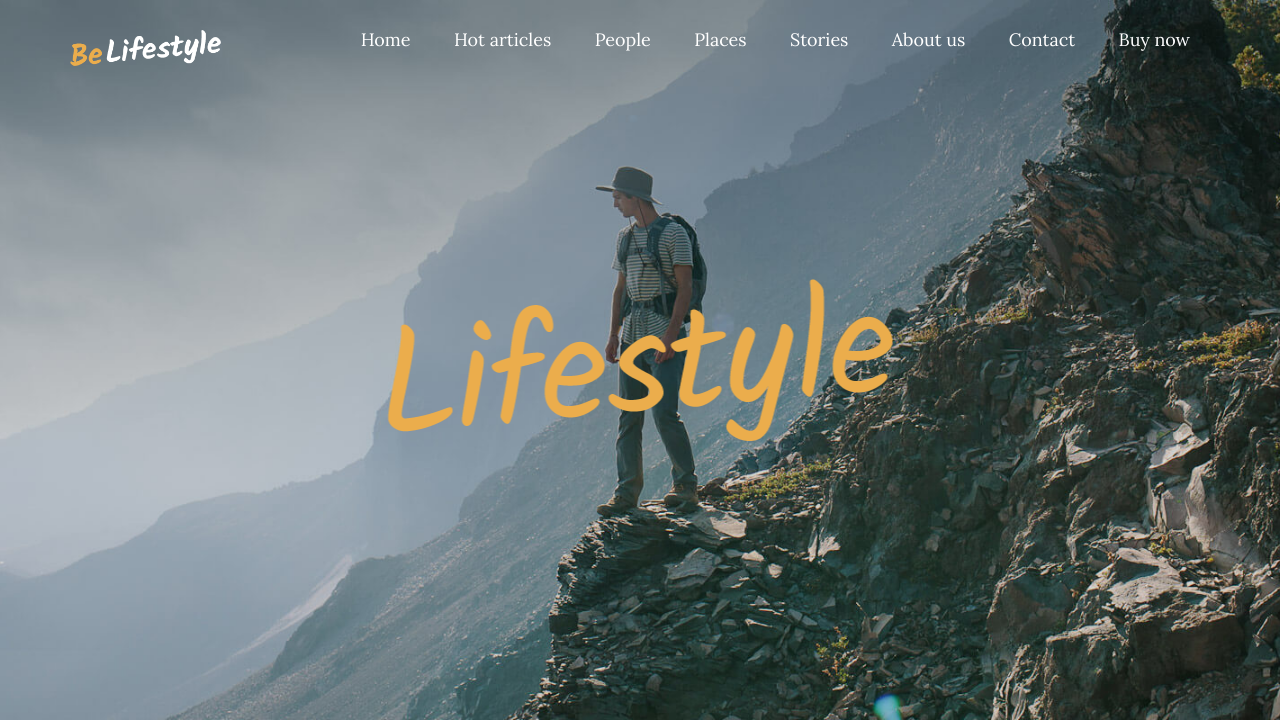
Repository: MalgorzataMazur/BeLife
Page: index.html
These files come from the project's save history. The page is drawn as it stood at one moment and after the next save; the edit follows.
The browser window is 1280 px wide. The pictures show the whole page.

Above is the page before, as saved 2019-10-31 18:13:22.

### index.html
<!DOCTYPE html>
<html lang="en-US">
<head>
    <link rel="stylesheet" href="vendors/css/normalize.css">
    <link rel="stylesheet" href="vendors/css/grid.css">
    <link rel="stylesheet" type="text/css" href="resources/css/style.css">
    <link href="https://fonts.googleapis.com/css?family=Lora:400,400i,700,700i&display=swap" rel="stylesheet">
    <title>BeLifestyle</title>
    <meta charset="UTF-8">
    <meta name="viewport" content="width=device-width, initial-scale=1.0">
    <meta http-equiv="X-UA-Compatible" content="ie=edge">
    <title>Document</title>
</head>
<body>
    <header>
        <nav>
            <div class="row">
                <img src="resources/img/retina-lifestyle.png" alt="BeLifestyle logo" class="logo">
                <ul class="main-nav">
                    <li><a href="/home">Home</a></li>
                    <li><a href="#">Hot articles</a></li>
                    <li><a href="#">People</a></li>
                    <li><a href="#">Places</a></li>
                    <li><a href="#">Stories</a></li>
                    <li><a href="#">About us</a></li>
                    <li><a href="#">Contact</a></li>
                    <li><a href="/buy">Buy now</a></li>

                </ul>

            </div>
        </nav>
        <div class="hero-logo-box">
            <h1><img src="resources/css/img/home_lifestyle_slogan.png"></h1>
        </div>

    </header>




</body>
</html>

### resources/css/style.css
/* ---------BASIC SETUP---------- */
* {
    margin: 0;
    padding: 0;
    box-sizing: border-box;
}

html {
    color: #9d9fa0;
    font-family: "Lora", Arial, Tahoma, sans-serif;
    font-weight: 400;
    font-size: 13px;

}

/* ---------REAUSABLE COMPONENTS---------- */
.row {
    max-width: 1140px;
    margin: 0 auto;
}

/* ---------HEADINGS---------- */
h1 {
    margin: 0;
    position: absolute;
    left: 50%;
    top: 50%;
    transform: translate(-50%,-50%);
    width: 505px;
    height: 162px;

}

/* ---------HEADER---------- */
header {
    background-image:  url(img/home_lifestyle_blog_sectionbg1.jpg);
    background-size: cover;
    background-position: center;
    height: 100vh;
}

.hero-logo-box {
    width: 1140px;
}

.logo {
    height: 36px;
    width: auto;
    margin-top: 30px;
    float: left;

}

.main-nav {
    float: right;
    list-style: none;
    margin-top: 30px;

}
.main-nav li {
    display: inline-block;
    font-size: 138%;
    padding: 0 20px;

}

.main-nav li a:link,
.main-nav li a:visited {
    color: #C6CAD0;
    text-decoration: none;
    color: #ffffff;
}

ul li a[href="/home"] {
    color: #ffffff;
    font-weight: 400;

}

ul li a[href="/buy"] {
    color: #f3c070;
}

Loaded but not shown: vendors/css/normalize.css (library); vendors/css/grid.css (library)

After the next save:
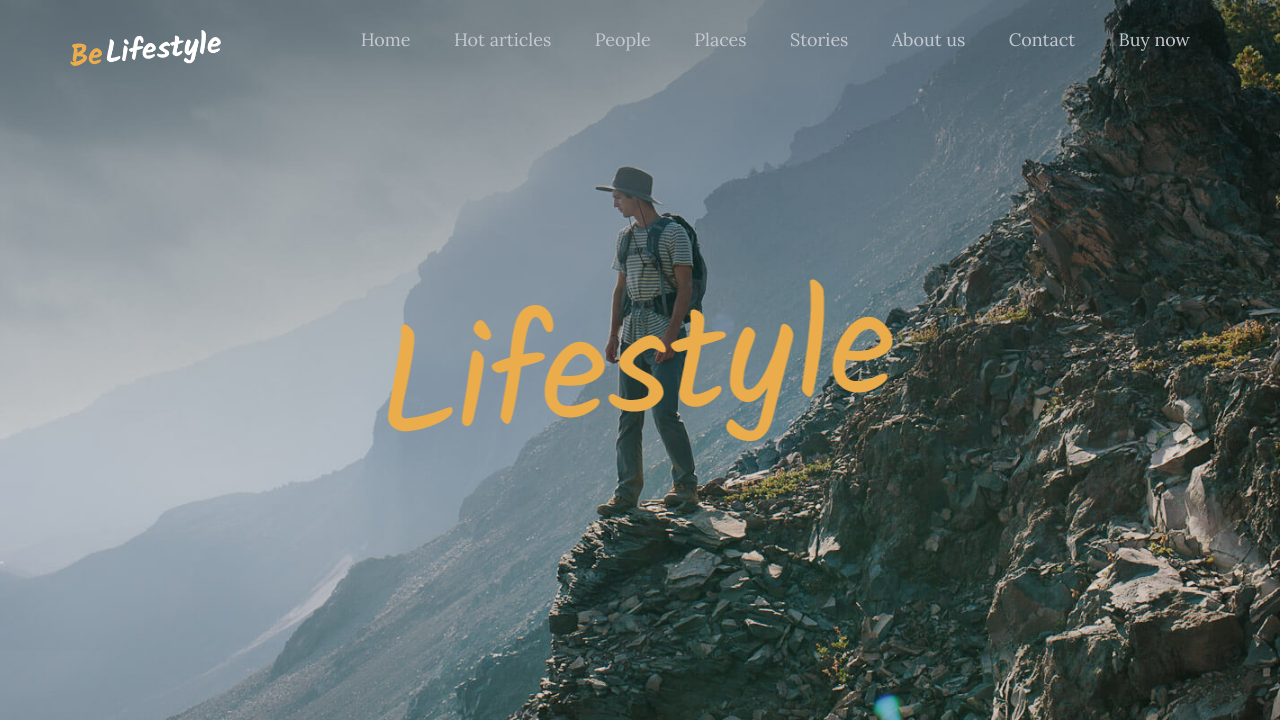
Saved 32 s later.
--- a/resources/css/style.css
+++ b/resources/css/style.css
@@ -68,7 +68,6 @@ header {
 .main-nav li a:visited {
     color: #C6CAD0;
     text-decoration: none;
-    color: #ffffff;
 }
 
 ul li a[href="/home"] {
